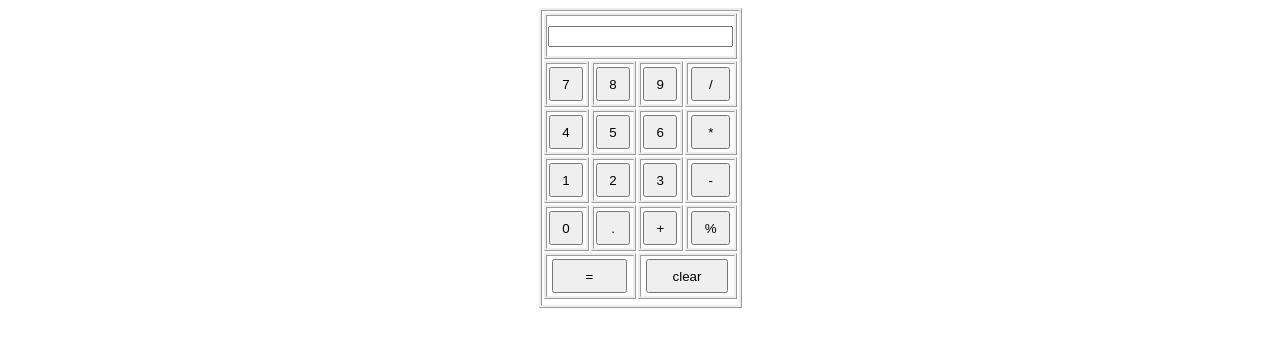
Repository: Jooheehan-kopo/web-workspace
Page: Lecture-web/WebContent/html/calc.html
The author's editor kept a copy of each file at every save. The page is drawn from the files as they stood at one save, then again after the next save.
The browser window is 1280 px wide. The pictures show the whole page.

Above is the page before, as saved 2021-06-11 08:31:03.

### Lecture-web/WebContent/html/calc.html
<!DOCTYPE html>
<html>
<head>
<meta charset="UTF-8">
<title>Insert title here</title>

<style>

table{
 width:200px;
 height:300px;

}
table, th, td {
	border: 3px;
	border-style: ridge;
	text-align:center;

	margin:auto;
}

td{
	color: gray;
}
button{
	width:90%;
	height:90%;

}

</style>

</head>
<body>

<table>
<tr>
	<td colspan="4"><input type="text"></td>
</tr>

<tr>
	<td><button>7</button></td>
	<td><button>8</button></td>
	<td><button>9</button></td>
	<td><button>/</button></td>

</tr>

<tr>
	<td><button>4</button></td>
	<td><button>5</button></td>
	<td><button>6</button></td>
	<td><button>*</button></td>

</tr>

<tr>
	<td><button> 1</button></td>
	<td><button> 2</button></td>
	<td><button> 3</button></td>
	<td><button> -</button></td>

</tr>

<tr>
	<td><button>0</button></td>
	<td><button>.</button></td>
	<td><button>+</button></td>
	<td><button>%</button></td>
</tr>
	<td colspan="2"><button>=</button></td>
	<td colspan="2"><button>clear</button></td>

<tr>
</tr>

<tr>
</tr>


</table>
</body>
</html>

After the next save:
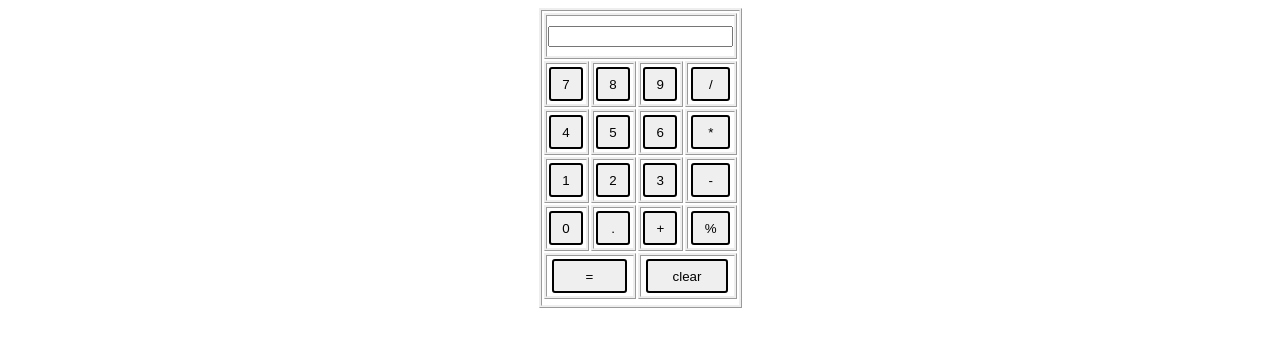
Saved 102 s later.
--- a/Lecture-web/WebContent/html/calc.html
+++ b/Lecture-web/WebContent/html/calc.html
@@ -25,7 +25,8 @@
 button{
 	width:90%;
 	height:90%;
-
+	border-style: solid;
+	border-radius: 3px;
 }
 
 </style>
